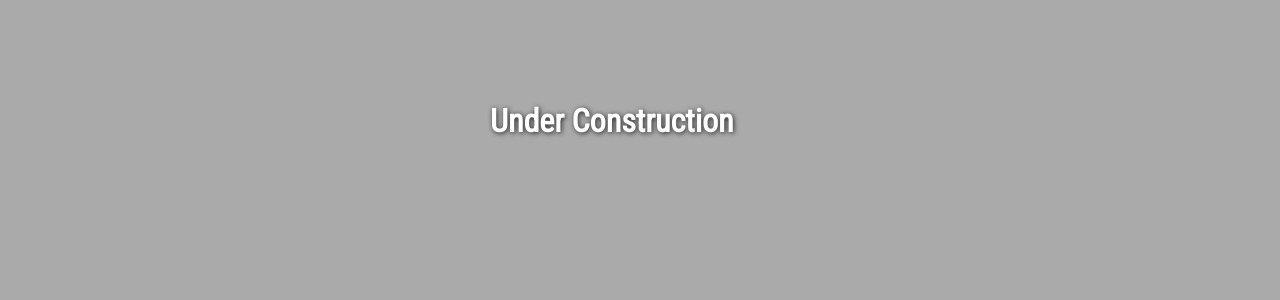
Repository: alainr3d/gluix
Page: index.html
The author's editor kept a record of every edit. The page is drawn from the files as they stood at one moment, then again after the next edit.
The browser window is 1280 px wide. The pictures show the whole page.

Above is the page before.

After the next edit:
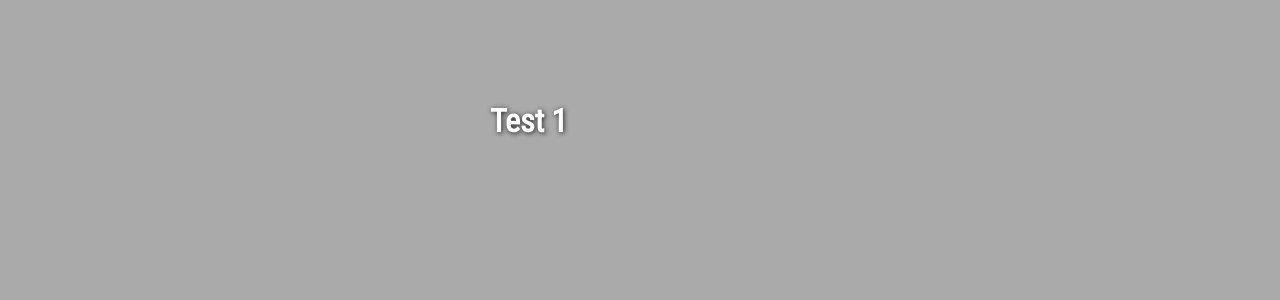
The edit:
--- a/index.html
+++ b/index.html
@@ -12,7 +12,7 @@
     </head>
 
     <body>
-        <h1>Under Construction</h1>
+        <h1>Test 1</h1>
     </body>
 
 </html>
